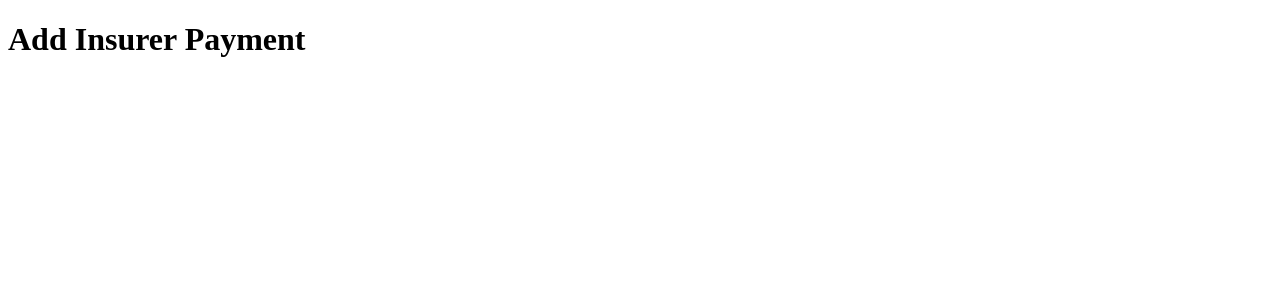
Repository: jawaharanpk717/AdminPortal
Page: AdminPortal/src/main/webapp/InsurerDetail.html
These files come from the project's save history. The page is drawn as it stood at one moment and after the next save; the edit follows.
The browser window is 1280 px wide. The pictures show the whole page.

Above is the page before, as saved 2020-09-10 17:42:21.

After the next save:
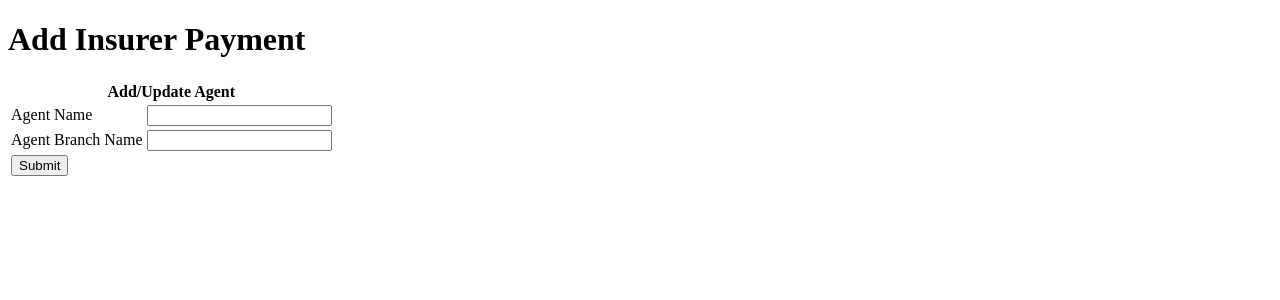
Saved 14 s later.
--- a/AdminPortal/src/main/webapp/InsurerDetail.html
+++ b/AdminPortal/src/main/webapp/InsurerDetail.html
@@ -8,7 +8,27 @@
 
 <h1>Add Insurer Payment</h1>
 
+<form ng-submit="submitAgent()">
+		<table>
 
+			<tr>
+				<th colspan="2">Add/Update Agent</th>
+			</tr>
+			<tr>
+				<td>Agent Name</td>
+				<td><input type="text" ng-model="AgentForm.AgentName" /></td>
+			</tr>
+			<tr>
+				<td>Agent Branch Name</td>
+				<td><input type="text" ng-model="AgentForm.AgentBranchName" /></td>
+			</tr>
+			<tr>
+				<td colspan="2"><input type="submit" value="Submit"
+					class="blue-button" /></td>
+			</tr>
+		</table>
+	</form>
+	<table>
 
 </body>
 </html>
